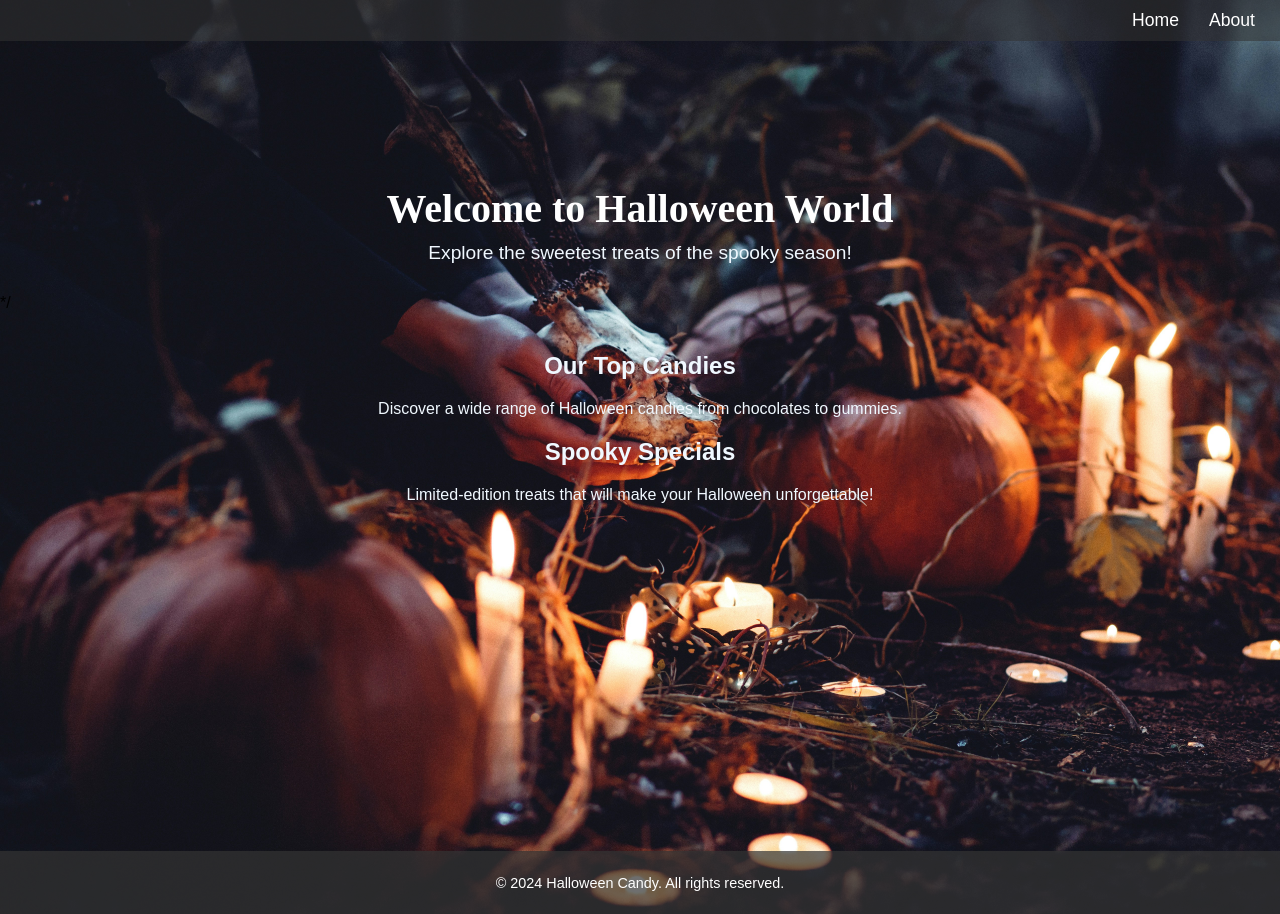
Repository: monicaifijeh/test2
Page: kyportfolio/src/indexHallo.html
These files come from the project's save history. The page is drawn as it stood at one moment and after the next save; the edit follows.
The browser window is 1280 px wide. The pictures show the whole page.

Above is the page before, as saved 2024-12-20 17:57:47.

### kyportfolio/src/indexHallo.html
<!DOCTYPE html>
<html lang="en">
  <head>
    <meta charset="UTF-8" />
    <meta name="viewport" content="width=device-width, initial-scale=1.0" />
    <title>Halloween Candy</title>
    <link rel="stylesheet" href="kystyle.css" />
  </head>
  <body>
    <nav>
      <ul>
        <li><a href="indexHallo.html">Home</a></li>
        <li><a href="aboutHallo.html">About</a></li>
      </ul>
    </nav>
    <header>
      <h1>Welcome to Halloween World</h1>
      <p>Explore the sweetest treats of the spooky season!</p>
    </header>
    */<main>
      <section class="intro">
        <h2>Our Top Candies</h2>
        <p>
          Discover a wide range of Halloween candies from chocolates to gummies.
        </p>
      </section>
      <section class="intro">
        <h2>Spooky Specials</h2>
        <p>
          Limited-edition treats that will make your Halloween unforgettable!
        </p>
      </section>
    </main>
    <footer>
      <p>&copy; 2024 Halloween Candy. All rights reserved.</p>
    </footer>
  </body>
</html>

### kyportfolio/src/kystyle.css
body {
    font-family: Arial, sans-serif;
    margin: 0;
    padding: 0;
background-image: url("/kyportfolio/images/freestocks-twVS-YjQn9Y-unsplash.jpg");
background-repeat: no-repeat;
background-size: cover;
}

header {
    text-align: center;
    padding: 20px;

}

header h1 {
    margin: 0;
    font-size: 2.5rem;
   color: #fff;
   font-family: fantasy;
   margin-top: 10%;
}
.intro{
    color: aliceblue;
    text-align: center;
}

header p {
    color: aliceblue;
    margin: 10px 0;
    font-size: 1.2rem;
}

nav ul {
    display: flex;
    justify-content: right;
    list-style: none;
    padding: 10px;
    background-color: #3333338a;
    margin: 0;
    position: sticky;
}

nav ul li {
    margin: 0 15px;
}

nav ul li a {
    text-decoration: none;
    color: #fff;
    font-size: 1.1rem;
}

nav ul li a:hover {
    text-decoration: underline;
}

main {
    padding: 20px;
    box-sizing: border-box;
    display: block;

}

section {
    margin-bottom: 20px;
}

footer {
    margin-top: 24%;
    text-align: center;
    padding: 10px;
    background-color: #333333b4;
    color: #fff;
    font-size: 0.9rem;

}

After the next save:
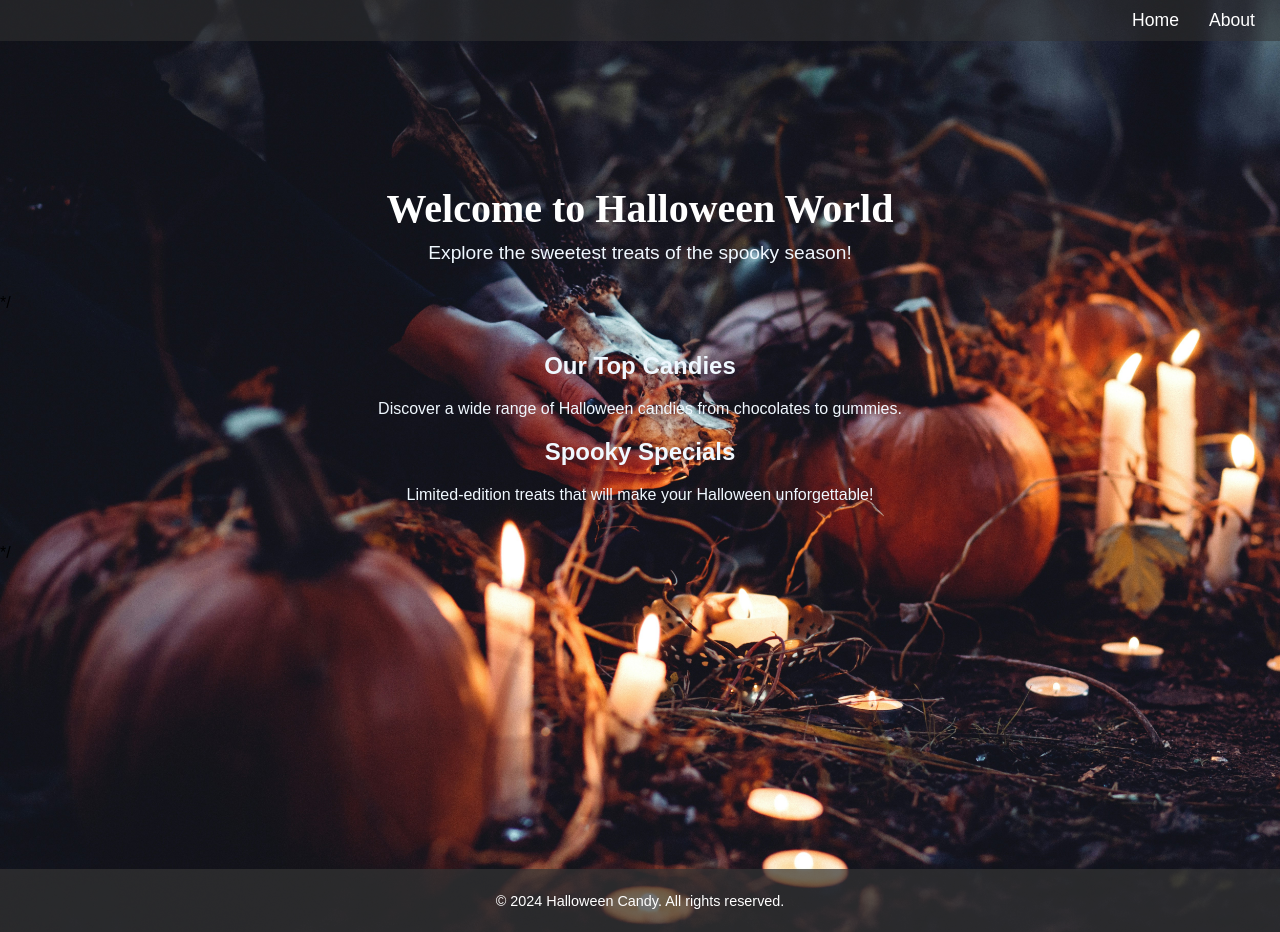
Saved 7 s later.
--- a/kyportfolio/src/indexHallo.html
+++ b/kyportfolio/src/indexHallo.html
@@ -30,7 +30,7 @@
           Limited-edition treats that will make your Halloween unforgettable!
         </p>
       </section>
-    </main>
+    </main>*/
     <footer>
       <p>&copy; 2024 Halloween Candy. All rights reserved.</p>
     </footer>
